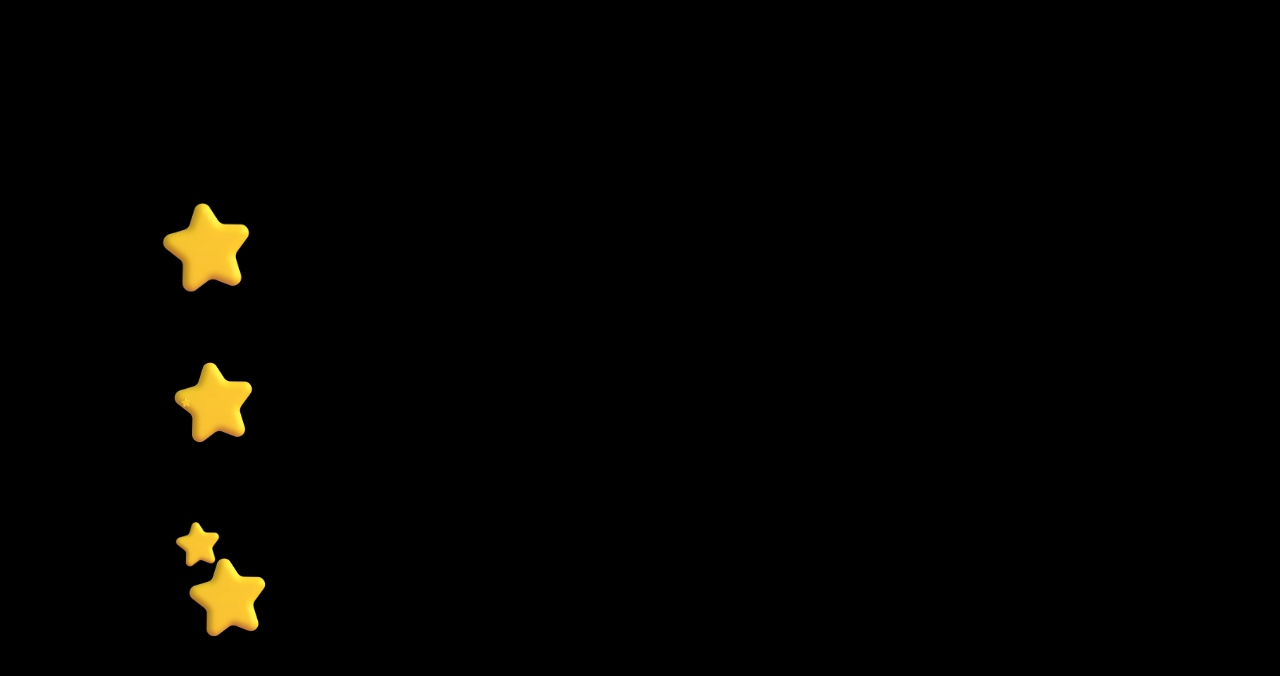
Repository: heartbreathing/Star-game
Page: index.html
The author's editor kept a copy of each file at every save. The page is drawn from the files as they stood at one save, then again after the next save.
The browser window is 1280 px wide. The pictures show the whole page.

Above is the page before, as saved 2022-10-29 12:32:44.

### index.html
<!DOCTYPE html>
<html lang="en">
  <head>
    <meta charset="UTF-8" />
    <meta http-equiv="X-UA-Compatible" content="IE=edge" />
    <meta name="viewport" content="width=device-width, initial-scale=1.0" />
    <title>Document</title>
    <style>
      body {
        background-color: black;
      }
    </style>
  </head>
  <body>
    <script>
      function star() {
        let timer = setInterval(function () {
          var obj = document.createElement('img');
          var wid = Math.floor(Math.random() * 100 + 10);
          obj.width = wid;
          var x = Math.floor(Math.random() * 100 + 100);
          var y = Math.floor(Math.random() * 500 + 100);
          obj.style.position = 'absolute';
          obj.style.top = y + 'px';
          obj.style.left = x + 'px';
          obj.src = './image/star.png';
          document.body.appendChild(obj);
          obj.addEventListener('click', function () {
            // this.parentNode.removeChild(this);
            this.remove(this);
          });
        }, 1000);
      }
      star();
    </script>
  </body>
</html>

After the next save:
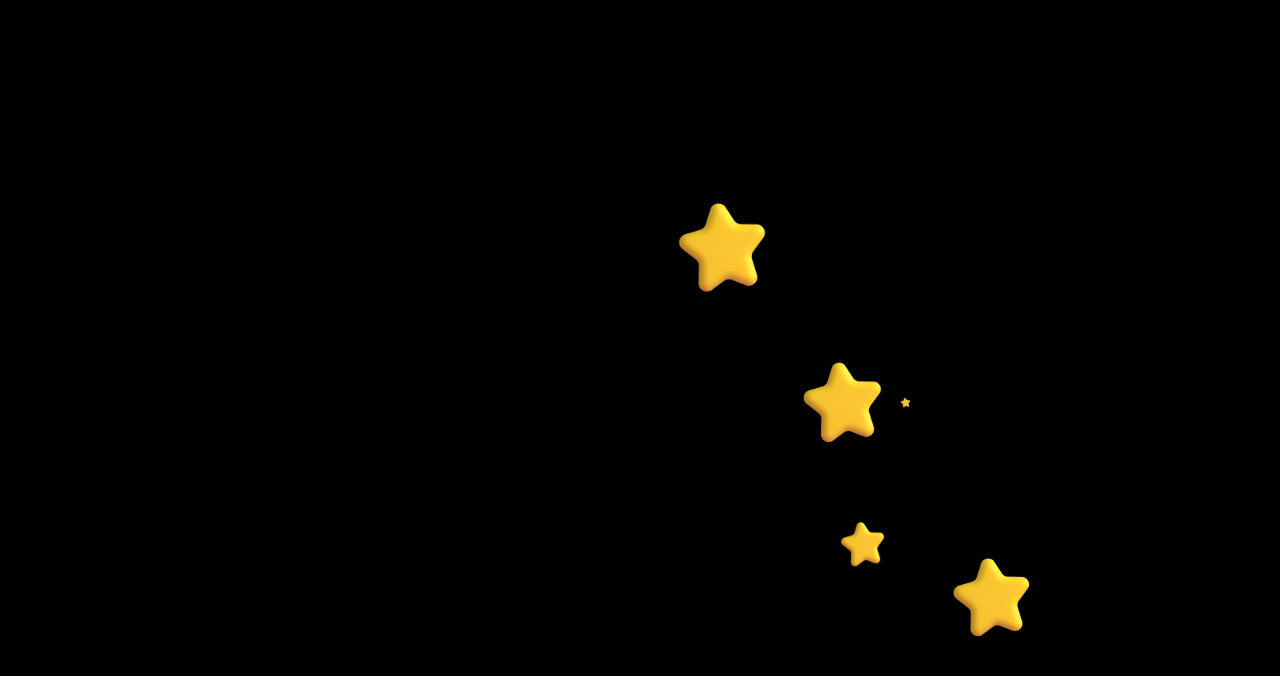
Saved 40 s later.
--- a/index.html
+++ b/index.html
@@ -18,7 +18,7 @@
           var obj = document.createElement('img');
           var wid = Math.floor(Math.random() * 100 + 10);
           obj.width = wid;
-          var x = Math.floor(Math.random() * 100 + 100);
+          var x = Math.floor(Math.random() * 1000 + 100);
           var y = Math.floor(Math.random() * 500 + 100);
           obj.style.position = 'absolute';
           obj.style.top = y + 'px';
